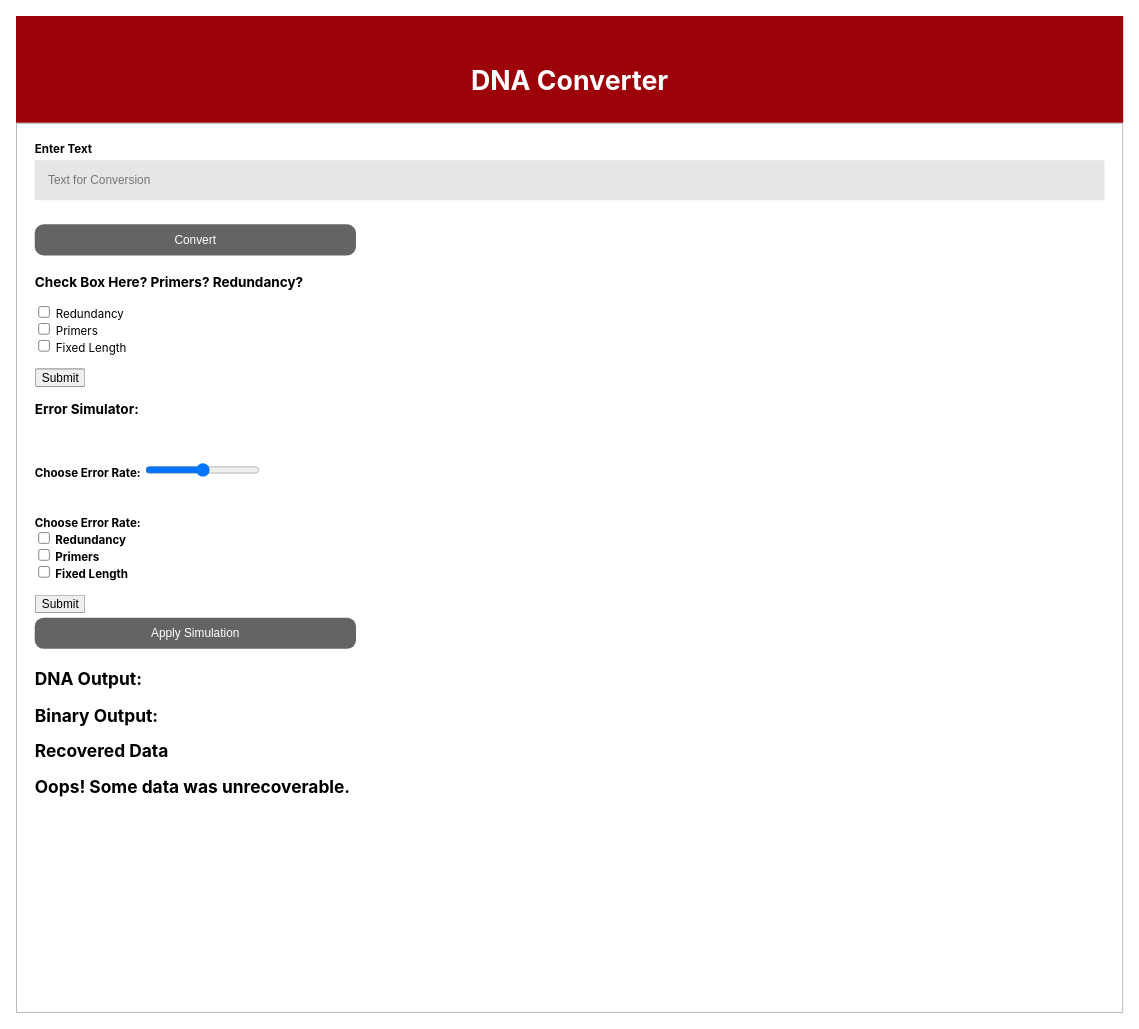
Repository: komalharjani/MSc-Thesis-DNA-Storage
Page: index.html
These files come from the project's save history. The page is drawn as it stood at one moment and after a run of saves; the edit follows.
The browser window is 1280 px wide. The pictures show the whole page, at 89% of full size.

Above is the page before, as saved 2020-08-16 22:03:30.

After the next 2 saves:
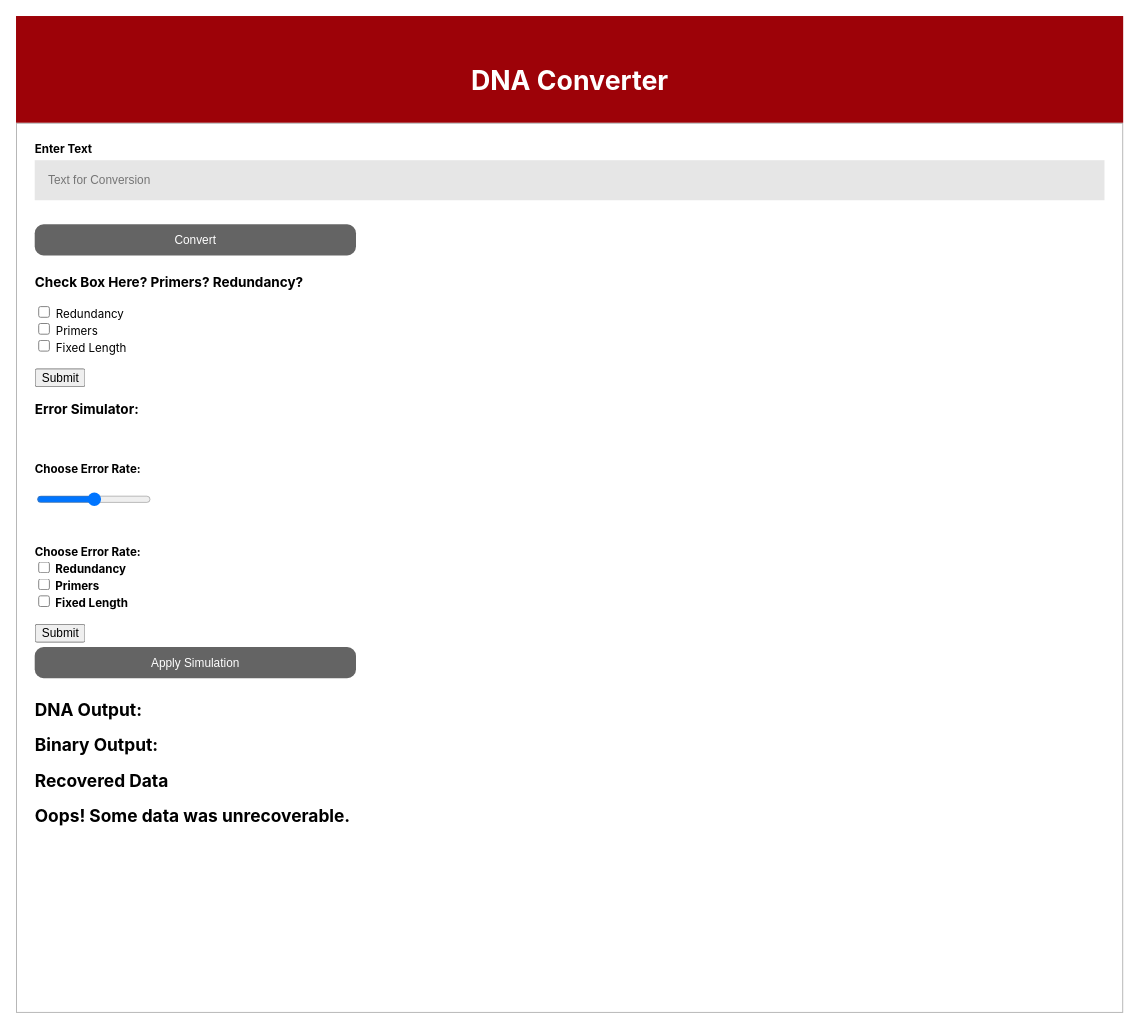
The 2 saves are shown as one change because they came seconds apart.
The last was saved 15 s later.
--- a/index.html
+++ b/index.html
@@ -31,7 +31,7 @@
 
             <h3>Error Simulator:</h3><br>
 
-            <h4>Choose Error Rate:</h4<br>
+            <h4>Choose Error Rate:</h4>
             <input type="range" name="rangeInput" min="0" max="10" onchange="updateTextInput(this.value);">
             <input type="number" id="textInput" value="" class="range" max="10"><br>
             <h4>Choose Error Rate:</h4<br>
